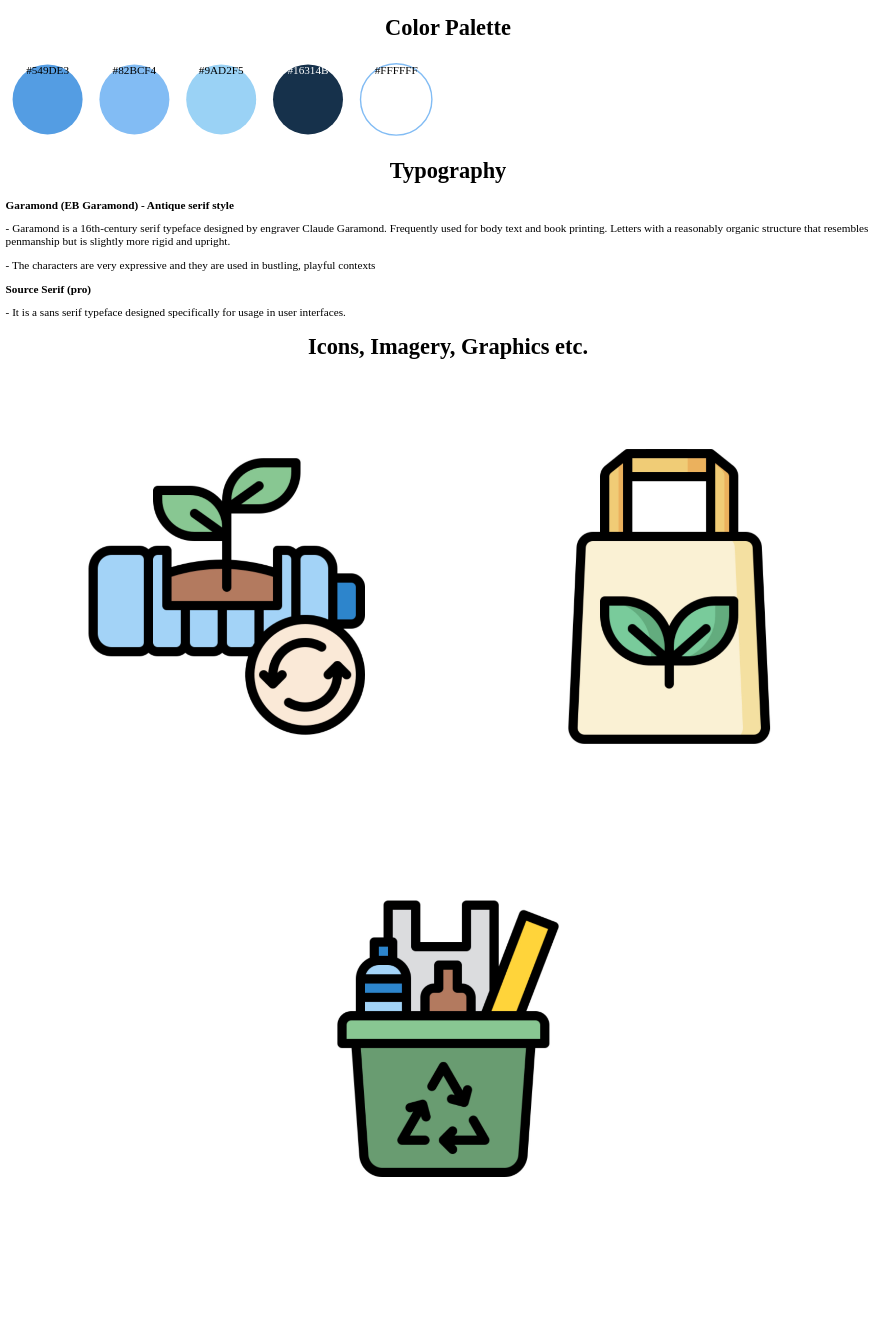
Repository: Pureum309/style_guide
Page: colorpaletteTypo.html
The author's editor kept a copy of each file at every save. The page is drawn from the files as they stood at one save, then again after the next save.
The browser window is 1280 px wide. The pictures show the part of the page from y = 0 to 1920 px (the page is 5616 px tall before and 5696 px after), at 70% of full size.

Above is the page before, as saved 2022-03-03 22:05:31.

After the next save:
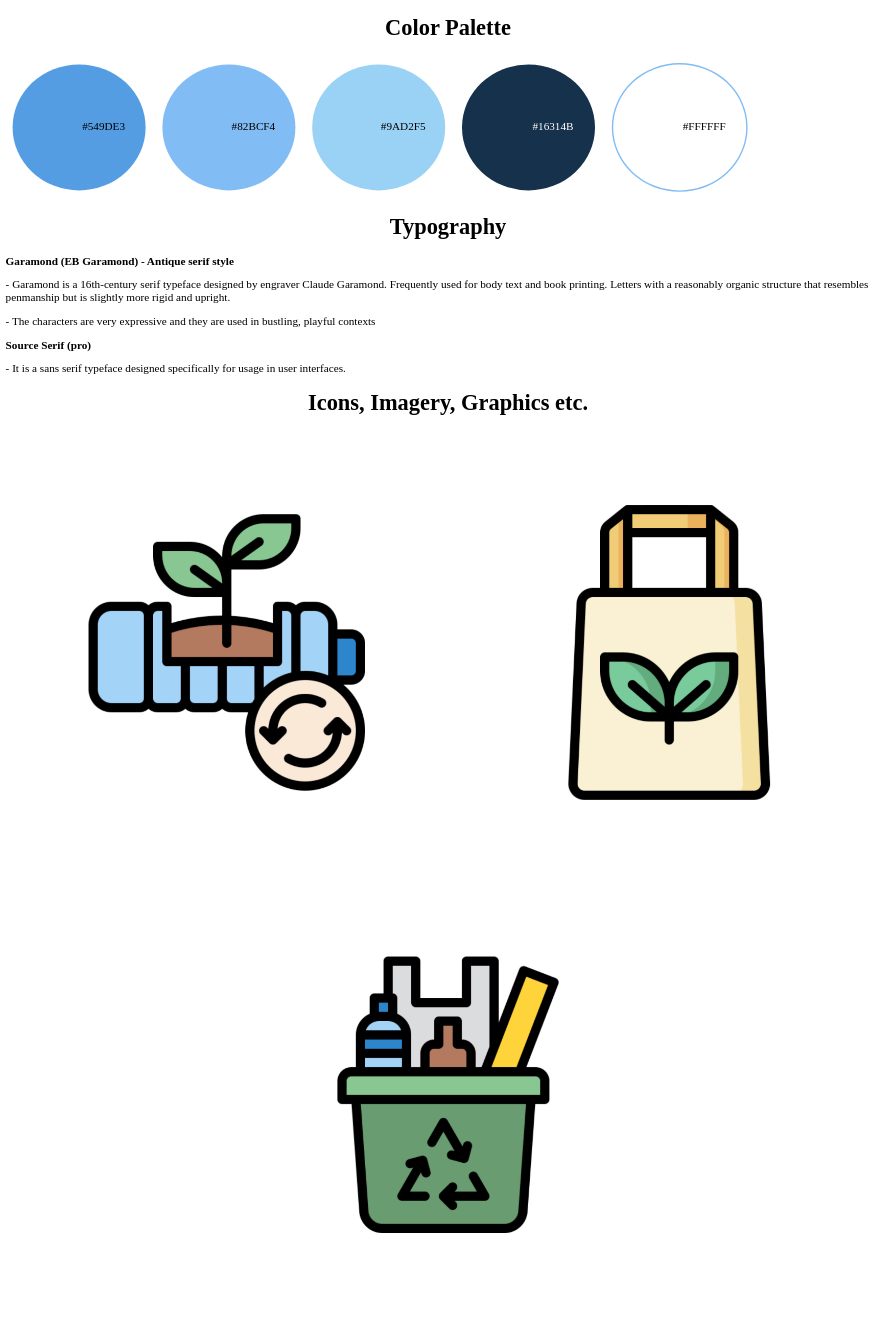
Saved 8 min 55 s later.
--- a/main.css
+++ b/main.css
@@ -1,6 +1,10 @@
 div {
     display: inline-block;
     margin: 10px;
+    position: relative;
+    padding-top: 80px;
+    padding-inline-start: 80px;
+    padding-inline-end: 10px;
 }
 
 
